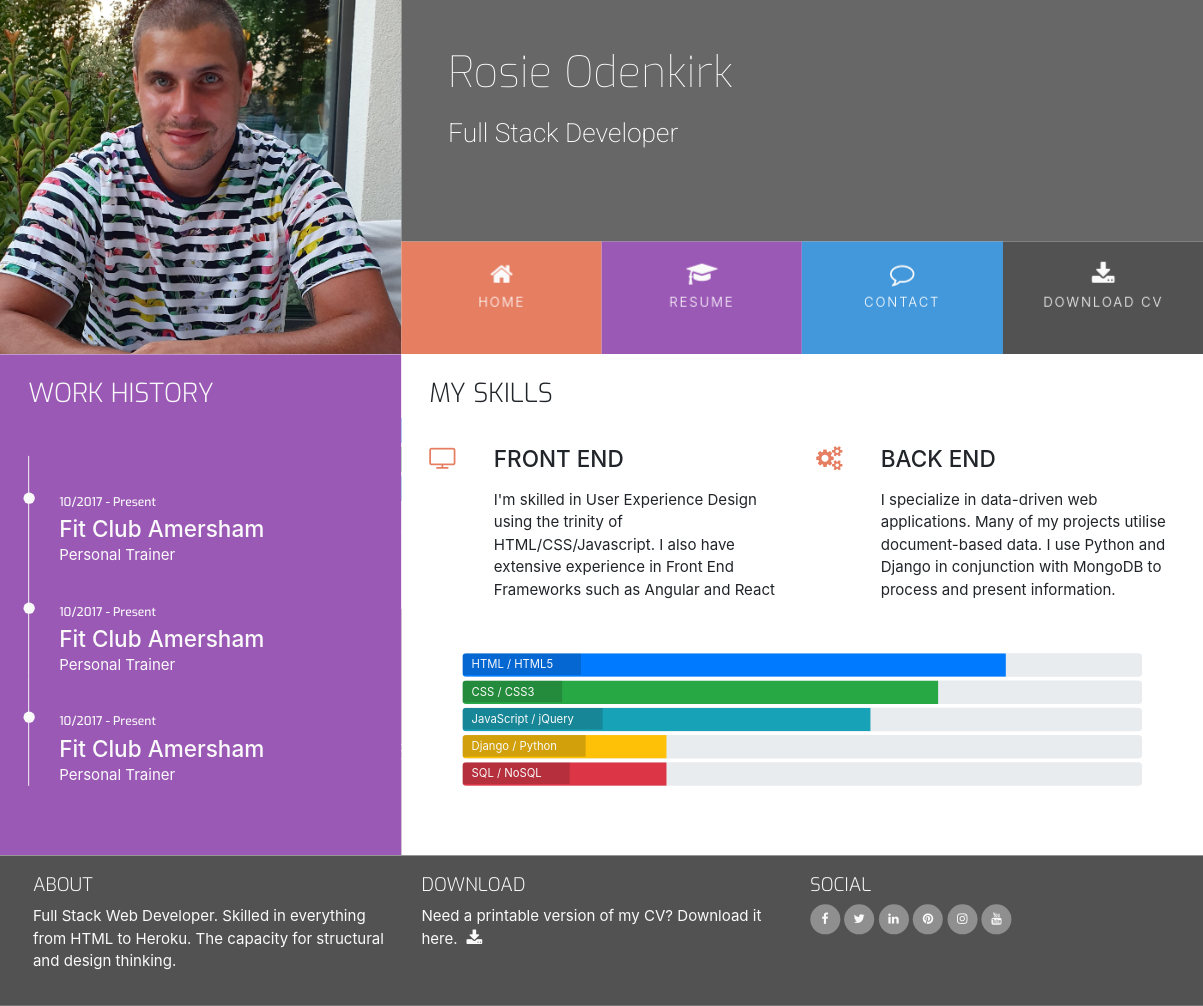
Repository: marcomoreschi/Mini-Project
Page: resume.html
The author's editor kept a record of every edit. The page is drawn from the files as they stood at one moment, then again after the next edit.
The browser window is 1280 px wide. The pictures show the whole page, at 94% of full size.
Some web libraries are served in a nearby version.

Above is the page before.

### resume.html
<!DOCTYPE html>
<html lang="en">
<head>
    <meta charset="UTF-8">
    <meta name="viewport" content="width=device-width, initial-scale=1.0">
    <meta http-equiv="X-UA-Compatible" content="ie=edge">
    <link rel="stylesheet" href="https://maxcdn.bootstrapcdn.com/bootstrap/4.2.1/css/bootstrap.min.css" type="text/css" />
    <link rel="stylesheet" href="https://maxcdn.bootstrapcdn.com/font-awesome/4.7.0/css/font-awesome.min.css" type="text/css" />
    <link rel="stylesheet" href="https://cdnjs.cloudflare.com/ajax/libs/hover.css/2.1.1/css/hover-min.css" type="text/css" />
    <link rel="stylesheet" href="assets/css/style.css">
    <title>Marco</title>
</head>
<body>
    <header>
        <div class="row no-gutters">
            <a class="col-md-4 logo" href="02-index.html"></a>
            <div class="col-md-8">
                <div class="row no-gutters bg-color-name-title">
                    <div class="col heading">
                        <h1 class="name">Rosie Odenkirk</h1>
                        <h2 class="title"> Full Stack Developer</h2>
                    </div>
                </div>
                <div class="row no-gutters">
                    <div class="col">
                        <ul id="nav" class="list-inline menucontainer">
                            <li class="col-6 col-sm-3 list-inline-item ui-menu-color-home menuitem">
                                <a href="#" class="hvr-sweep-to-bottom"><i class="fa fa-home" aria-hidden="true"></i><span>Home</span></a>
                            </li>
                            <li class="col-6 col-sm-3 list-inline-item ui-menu-color-resume menuitem">
                                <a href="#" class="hvr-sweep-to-bottom"><i class="fa fa-graduation-cap" aria-hidden="true"></i><span>Resume</span></a>
                            </li>
                            <li class="col-6 col-sm-3 list-inline-item ui-menu-color-contact menuitem">
                                <a href="#" class="hvr-sweep-to-bottom"><i class="fa fa-comment-o" aria-hidden="true"></i><span>Contact</span></a>
                            </li>
                            <li class="col-6 col-sm-3 list-inline-item ui-menu-color-download menuitem">
                                <a href="#" class="hvr-sweep-to-bottom"><i class="fa fa-download" aria-hidden="true"></i><span>Download CV</span></a>
                            </li>
                        </ul>
                    </div>
                </div>
            </div>
        </div>
    </header>
    <section class="container-fluid">
        <div class="row">
            <div class="col-md-4 bg-color-work-history section-column">
                <div class="row">
                    <div class="col-12">
                        <h3 class="history-heading uppercase">
                            Work History
                        </h3>
                    </div>
                </div>
                <div class="timeline-item" data-dates= "10/2017 - Present">
                    <h4>Fit Club Amersham</h4>
                    <p>Personal Trainer</p>
                </div>
                <div class="timeline-item" data-dates= "10/2017 - Present">
                    <h4>Fit Club Amersham</h4>
                    <p>Personal Trainer</p>
                </div>
                <div class="timeline-item" data-dates= "10/2017 - Present">
                    <h4>Fit Club Amersham</h4>
                    <p>Personal Trainer</p>
                </div>
            </div>
            <div class="col-md-8 bg-color-three-reasons section-column">
                <div class="row">
                    <div class="col">
                        <h3 class="section-heading uppercase">My Skills</h3>
                    </div>
                </div>
                <div class="row">
                    <div class="col-10 offset-1 offset-sm-0 col-sm-4 col-md-6">
                        <div class="row">
                            <div class="col-2">
                                <i class="three-reasons-icon fa fa-tv" aria-hidden="true"></i>
                            </div>
                            <div class="col-10">
                                <h4 class="three-reasons-heading uppercase">Front End</h4>
                                <p>
                                    I'm skilled in User Experience Design using the trinity of HTML/CSS/Javascript. I also have extensive experience in Front End Frameworks such as Angular and React
                                </p>
                            </div>
                        </div>
                    </div>
                    <div class="col-10 offset-1 offset-sm-0 col-sm-4 col-md-6">
                        <div class="row">
                            <div class="col-2">
                                <i class="three-reasons-icon fa fa-gears" aria-hidden="true"></i>
                            </div>
                            <div class="col-10">
                                <h4 class="three-reasons-heading uppercase">Back End</h4>
                                <p>
                                    I specialize in data-driven web applications. Many of my projects utilise document-based data. I use Python and Django in conjunction with MongoDB to process and present information.
                                </p>
                            </div>
                        </div>
                    </div>
                </div>
                <div class="row progress-section">
                    <div class="col">
                        <div class="progress">
                            <div class="progress-bar" role="progressbar" aria-valuenow="80" aria-valuemin="0" aria-valuemax="100" style="width:80%;">
                                <span class="sr-only">80% complete</span>
                            </div>
                            <span class="progress-type">HTML / HTML5</span>
                        </div>
                        <div class="progress">
                            <div class="progress-bar bg-success" role="progressbar" aria-valuenow="70" aria-valuemin="0" aria-valuemax="100" style="width:70%;">
                                <span class="sr-only">70% complete</span>
                            </div>
                            <span class="progress-type">CSS / CSS3</span>
                        </div>
                        <div class="progress">
                            <div class="progress-bar bg-info" role="progressbar" aria-valuenow="60" aria-valuemin="0" aria-valuemax="100" style="width:60%;">
                                <span class="sr-only">60% complete</span>
                            </div>
                            <span class="progress-type">JavaScript / jQuery</span>
                        </div>
                        <div class="progress">
                            <div class="progress-bar bg-warning" role="progressbar" aria-valuenow="30" aria-valuemin="0" aria-valuemax="100" style="width:30%;">
                                <span class="sr-only">30% complete</span>
                            </div>
                            <span class="progress-type">Django / Python</span>
                        </div>
                        <div class="progress">
                            <div class="progress-bar bg-danger" role="progressbar" aria-valuenow="30" aria-valuemin="0" aria-valuemax="100" style="width:30%;">
                                <span class="sr-only">30% complete</span>
                            </div>
                            <span class="progress-type">SQL / NoSQL</span>
                        </div>
                    </div>
                </div>
            </div>
        </div>

    </section>
    <footer class="container-fluid">
        <div id="footer-details" class="row">
            <div class="col-sm-4">
                <h5 class="uppercase general-sub">About</h5>
                <p class="inline-block">
                    Full Stack Web Developer. Skilled in everything from HTML to Heroku. The capacity for structural and design thinking.
                </p>
            </div>
            <div class="col-sm-4">
                <h5 class="uppercase general-sub">Download</h5>
                <p class="inline-block">
                    Need a printable version of my CV? Download it here.
                    <a href="#" target="_blank" class="cv-pdf">
                        <i class="fa fa-download" aria-hidden="true"></i>
                        <span class="sr-only">Download link.</span>
                    </a>
                </p>
            </div>
            <div class="col-sm-4">
                <h5 class="uppercase general-sub">Social</h5>
                <ul class="list-inline social-links">
                    <li class="list-inline-item">
                        <a target="_blank" href="#">
                            <i class="fa fa-facebook" aria-hidden="true"></i>
                            <span class="sr-only">Facebook</span>
                        </a>
                    </li>
                    <li class="list-inline-item">
                        <a target="_blank" href="#">
                            <i class="fa fa-twitter" aria-hidden="true"></i>
                            <span class="sr-only">Twitter</span>
                        </a>
                    </li>
                    <li class="list-inline-item">
                        <a target="_blank" href="#">
                            <i class="fa fa-linkedin" aria-hidden="true"></i>
                            <span class="sr-only">LinkedIn</span>
                        </a>
                    </li>
                    <li class="list-inline-item">
                        <a target="_blank" href="#">
                            <i class="fa fa-pinterest" aria-hidden="true"></i>
                            <span class="sr-only">Pinterest</span>
                        </a>
                    </li>
                    <li class="list-inline-item">
                        <a target="_blank" href="#">
                            <i class="fa fa-instagram" aria-hidden="true"></i>
                            <span class="sr-only">Instagram</span>
                        </a>
                    </li>
                    <li class="list-inline-item">
                        <a target="_blank" href="#">
                            <i class="fa fa-youtube" aria-hidden="true"></i>
                            <span class="sr-only">YouTube</span>
                        </a>
                    </li>
                </ul>
            </div>
        </div>
    </footer>
</body>
</html>

### assets/css/style.css
@import url('https://fonts.googleapis.com/css?family=Roboto:100,200,300,400,500,600,700|Exo:100,200,300,400,500,600,700');

/* -----------------------------------------Colour */

.bg-color-name-title {
    background-color: #676767;
}

.bg-color-three-reasons {
    background-color: #fff;
}

.bg-color-personal-info {
    background-color: #f4f4f4;
}

.bg-color-work-history{
    background-color: #9b59b6;
}

.ui-menu-color-home {
    background-color: #e67e62;
}

.ui-menu-color-resume {
    background-color: #9b59b6;
}

.ui-menu-color-contact {
    background-color: #4398db;
}

.ui-menu-color-download {
    background-color: #525252;
}



/* -----------------------------------------Special paddings/text/margins */

h1,
h2,
h3,
h4 {
    margin: 0;
}

.uppercase {
    text-transform: uppercase;
}

.general-sub {
    font-family: "Exo", sans-serif;
    font-weight: 300;
    color: #fafafa
}

.inline-block {
    display: inline-block;
}

.row-table {
    display: table;
}

.section-column {
    display: table-cell;
    padding: 0 30px 30px;
    float: none;
}

.history-heading,
.section-heading {
    font-family: "Exo", sans-serif;
    font-weight: 300;
    margin-top: 25px;
    margin-bottom: 40px;
}

/* -----------------------------------------Heading */

header {
    margin: 0;
}

.heading {
    margin-left: 50px;
}

.logo {
    background: url("../images/marco.jpg");
    background-position: center;
    background-repeat: no-repeat;
    background-size: cover;
    min-height: 360px;
    transition: all .5s ease-in-out;
    -moz-transition: all .5s ease-in-out;
    -webkit-transition: all .5s ease-in-out;
}

.name {
    font-family: "Exo", sans-serif;
    font-weight: 100;
    font-size: 46px;
    margin-top: 50px;
    color: #fff;
}

.title {
    font-family: "Roboto", sans-serif;
    font-weight: 200;
    font-size: 28px;
    margin-top: 20px;
    margin-bottom: 98px;
    color: #fff;
}

.list-inline-item:not(:last-child) {
    margin: 0;
}

.menucontainer {
    font-size: 0;
}

#nav {
    margin: 0;
}

#nav li {
    font-size: 14px;
    padding: 0;
}

.menuitem {
    height: 120px;
    text-align: center;
    padding: 0;
}

.menuitem a {
    width: 100%;
    text-decoration: none;
    color: #fff;
    height: 120px;
}

.menuitem a i {
    padding-top: 22px;
    display: block;
    color: #fafafa;
    font-size: 26px;
}

.menuitem span {
    display: block;
    width: 100%;
    padding-top: 5px;
    text-align: center;
    text-transform: uppercase;
    font-size: 14px;
    font-weight: 300;
    letter-spacing: 2px;
}

/* -----------------------------------------Hover.css */

.hvr-sweep-to-bottom:before {
    background-color: rgba(0, 0, 0, 0.2);
    height: 120px;
}

/* -----------------------------------------Footer */

footer {
    background-color: #525252;
    color: #fafafa;
    min-height: 120px;
    margin: 0;
}

.cv-pdf i {
    font-size: 18px;
    color: #fafafa;
    text-align: center;
    padding-left: 5px;
    -moz-transition: all 0.35s ease-in-out;
    -webkit-transition: all 0.35s ease-in-out;
    -o-transition: all 0.35s ease-in-out;
}

.cv-pdf i:hover {
    color: #e84610;
}

.cv-pdf i:hover {
    color: #e84610;
}

.social-links {
    padding-bottom: 15px;
}

.social-links li a i {
    width: 32px;
    height: 32px;
    padding: 12px 0;
    border-radius: 50%;
    font-size: 13px;
    line-height: 7px;
    text-align: center;
    color: #fafafa;
    background: #8f8f8f;
    transition: all 0.35s ease-in-out;
    -moz-transition: all 0.35s ease-in-out;
    -webkit-transition: all 0.35s ease-in-out;
    -o-transition: all 0.35s ease-in-out;
}

.social-links li a i:hover {
    background: #e84610;
}

#footer-details {
    padding: 20px;
}

/* -----------------------------------------Three Reasons */

.three-reasons-icon {
    font-size: 26px;
    color: #e67e62;
}

.three-reasons-heading {
    margin-bottom: 15px;
}

/* -----------------------------------------Personal Info */

.personal-info-item {
    margin-bottom: 20px;
    display: block;
    clear: both;
}

.personal-info-item .key,
.personal-info-item .value {
   padding-right: 8px;
   display: inline-block;
}

.personal-info-item .key p,
.personal-info-item .value p {
    margin: 0;
}

.personal-info-item .key {
    width: 30%;
    margin-right: 21px;
    padding-top: 2px;
    vertical-align: top;
}

.personal-info-item .key p {
    font-weight: 700;
}

.personal-info-item .value {
    position: relative;
    width: 60%;
}

/* -----------------------------------------Skills */

.progress {
    position: relative;
    height: 25px;
    margin-bottom: 4px;
}

.progress-type {
    position: absolute;
    left: 0;
    font-weight: 400;
    padding: 3px 30px 2px 10px;
    color: #fafafa;
    background-color: rgba(25, 25, 25, 0.2);
}

.progress-section {
    margin: 40px 20px;
}

/* -----------------------------------------Work Hystory */

.history-heading {
    color: #fafafa;
    margin-bottom: 50px;
}

.timeline-item {
    padding: 4em 2em 0em 2em;
    position: relative;
    color: #fafafa;
    border-left: 1px solid;
}

.timeline-item p {
    padding: 0;
    margin: 0;
}

.timeline-item:before {
    content: attr(data-dates);
    position: absolute;
    left: 2.5em;
    top: 3em;
    display: block;
    font-family: "Exo", sans-serif;
    font-weight: 500;
    font-size: 0.8em;
    padding: 0;
    margin: 0;
}

.timeline-item:after {
    width: 12px;
    height: 12px;
    display: block;
    top: 2.4em;
    position: absolute;
    left: -6px;
    border-radius: 12px;
    content: '';
    background: #fafafa;
}

.history-items {
    margin-bottom: 30px;
}

After the next edit:
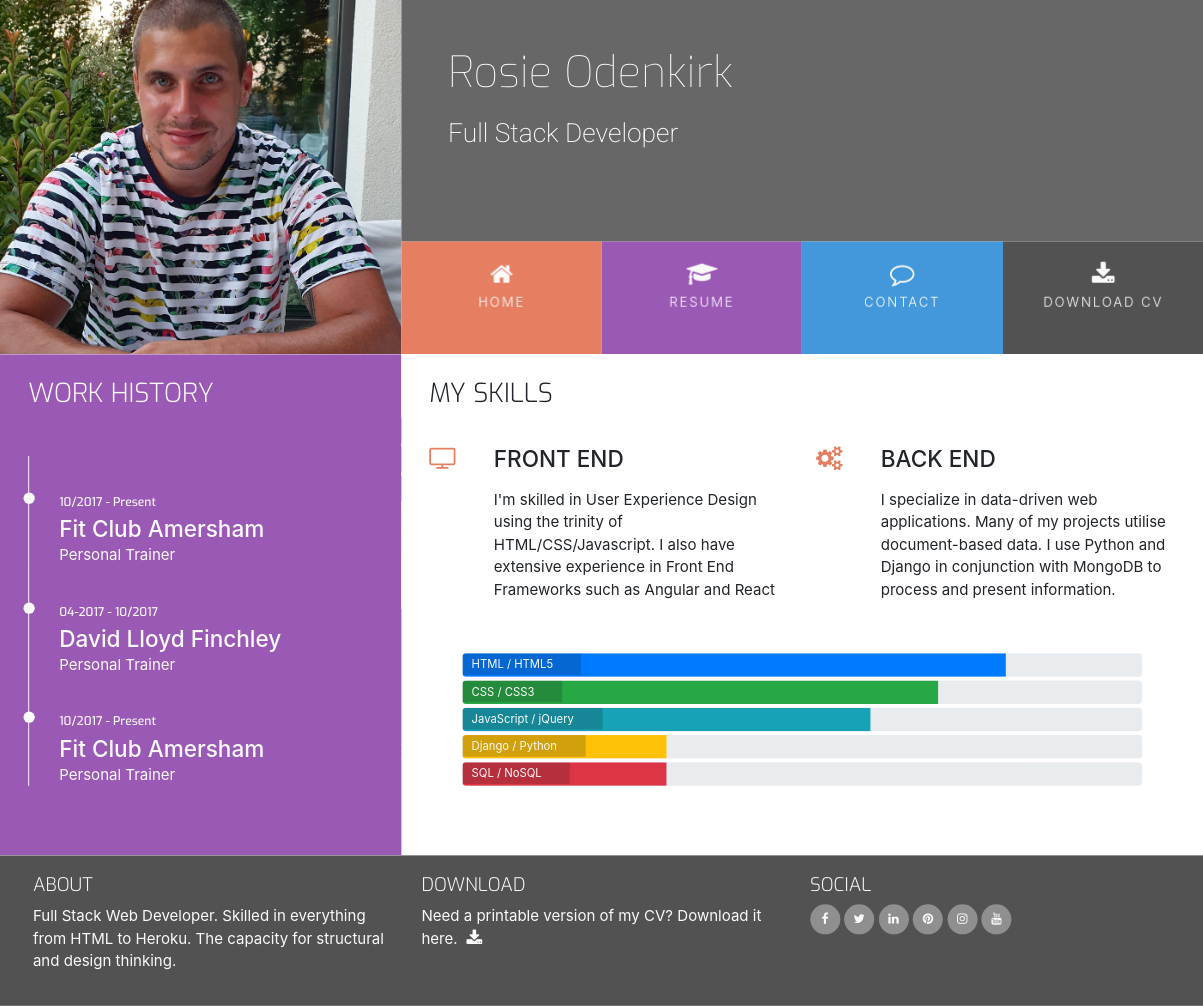
The edit:
--- a/resume.html
+++ b/resume.html
@@ -56,8 +56,8 @@
                     <h4>Fit Club Amersham</h4>
                     <p>Personal Trainer</p>
                 </div>
-                <div class="timeline-item" data-dates= "10/2017 - Present">
-                    <h4>Fit Club Amersham</h4>
+                <div class="timeline-item" data-dates= "04-2017 - 10/2017">
+                    <h4>David Lloyd Finchley</h4>
                     <p>Personal Trainer</p>
                 </div>
                 <div class="timeline-item" data-dates= "10/2017 - Present">
